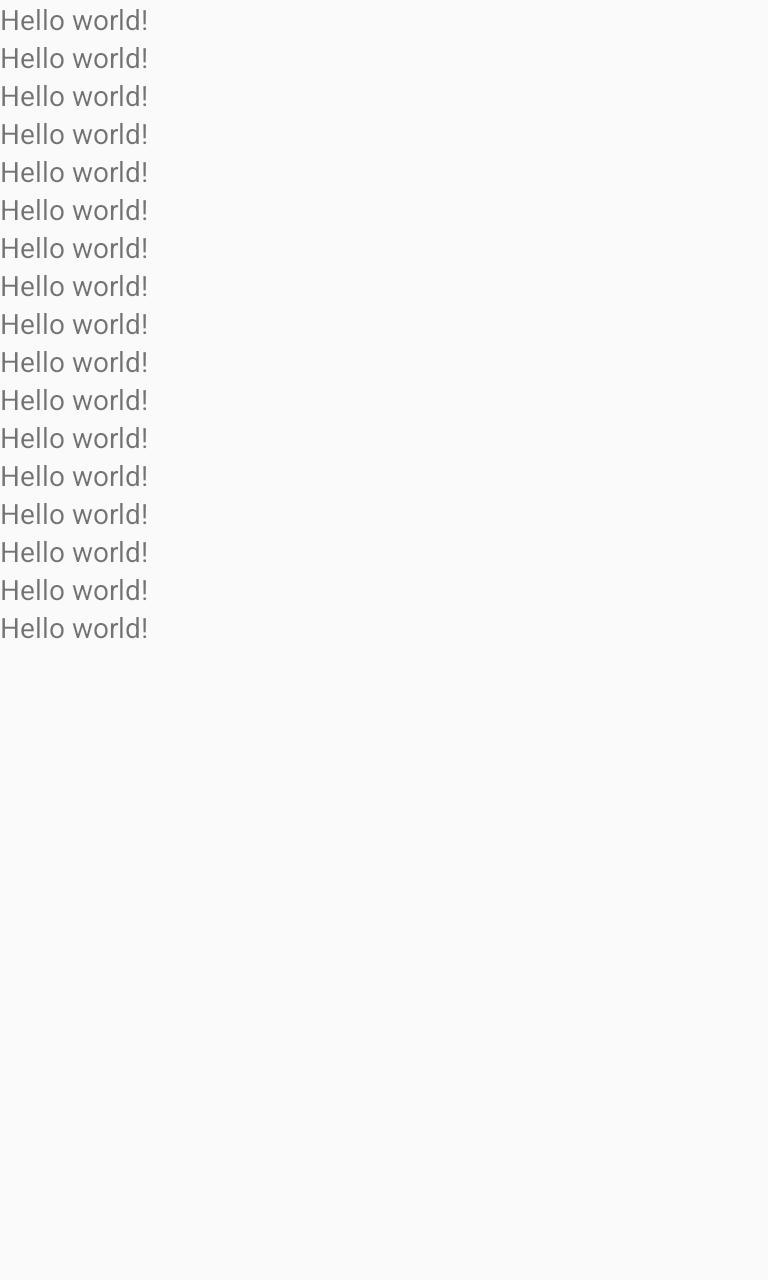
Repository: deyan-yosifov/Android
Layout: Workspace/BouncingBallGame/res/layout/activity_accelerometer_monitor.xml
The author's editor kept a copy of each file at every save. The layout is drawn from the files as they stood at one save, then again after the next save.
It is drawn on a 768 x 1280 px phone screen (xhdpi) without system bars, with theme AppTheme; the app's code is not run.

Above is the layout before, as saved 2015-01-03 18:21:30.

After the next save:
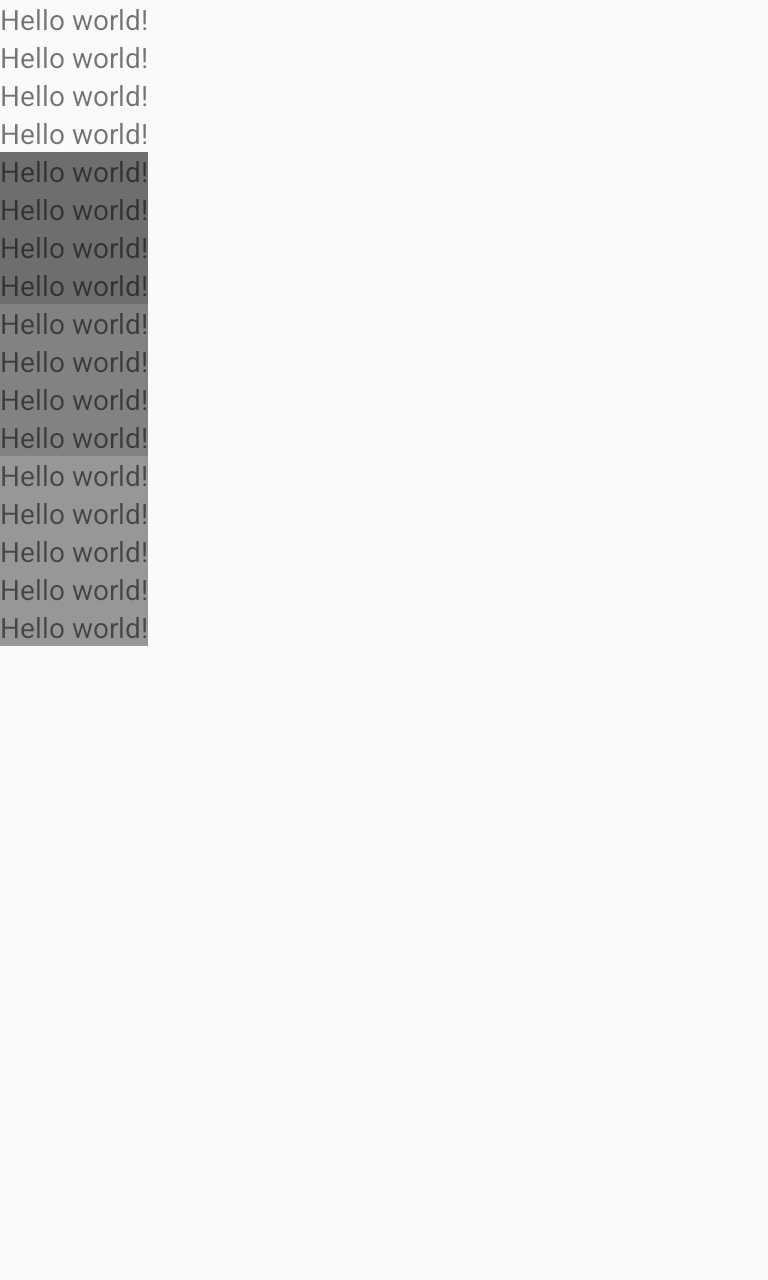
Saved 2 min 43 s later.
--- a/Workspace/BouncingBallGame/res/layout/activity_accelerometer_monitor.xml
+++ b/Workspace/BouncingBallGame/res/layout/activity_accelerometer_monitor.xml
@@ -41,7 +41,7 @@
         android:orientation="vertical"
         android:id="@+id/linearAccelerationValues"
         android:layout_below="@id/acceleromatorValues"
-        android:background="#00111111"
+        android:background="#99111111"
 	    >
 		<TextView
 	        android:layout_width="wrap_content"
@@ -74,7 +74,7 @@
         android:orientation="vertical"
         android:id="@+id/gravityValues"
         android:layout_below="@id/linearAccelerationValues"
-        android:background="#00333333"
+        android:background="#99333333"
 	    >
 		<TextView
 	        android:layout_width="wrap_content"
@@ -107,7 +107,7 @@
         android:orientation="vertical"
         android:id="@+id/timeValues"
         android:layout_below="@id/gravityValues"
-        android:background="#00555555"
+        android:background="#99555555"
 	    >
 	    <TextView
 	        android:layout_width="wrap_content"
